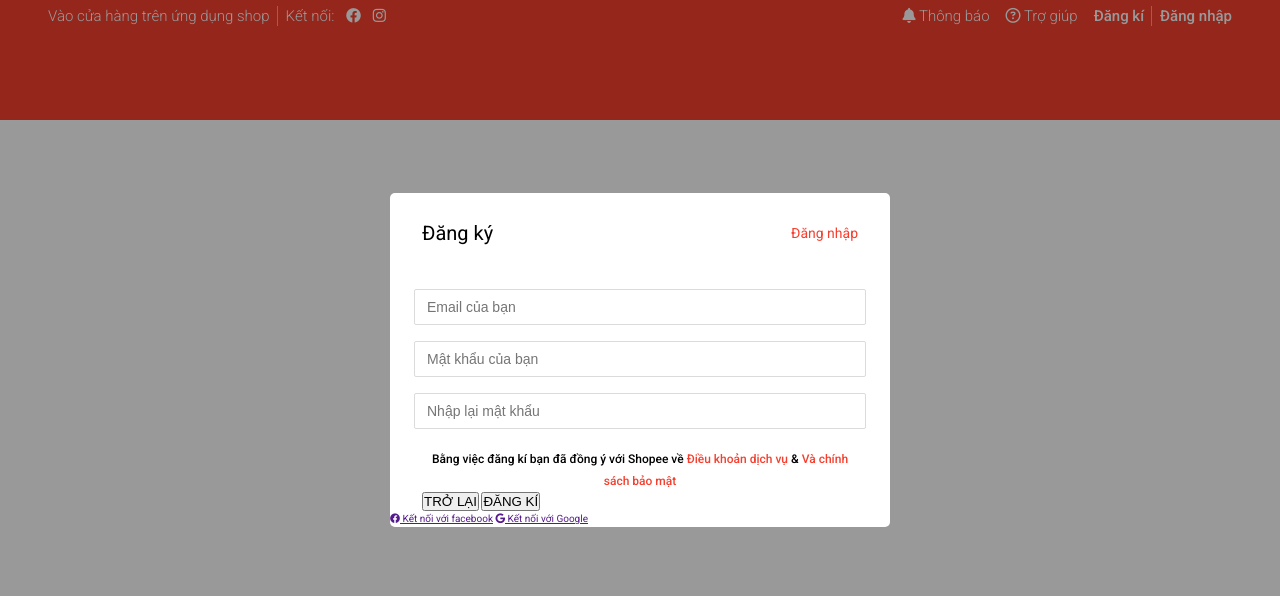
Repository: nguyenhoang2002062929/shoppee
Page: index.html
An editor plug-in stored every save of this project. The page is shown before and after the next save, followed by the edit.
The browser window is 1280 px wide. The pictures show the whole page.

Above is the page before, as saved 2023-06-20 10:56:02.

After the next save:
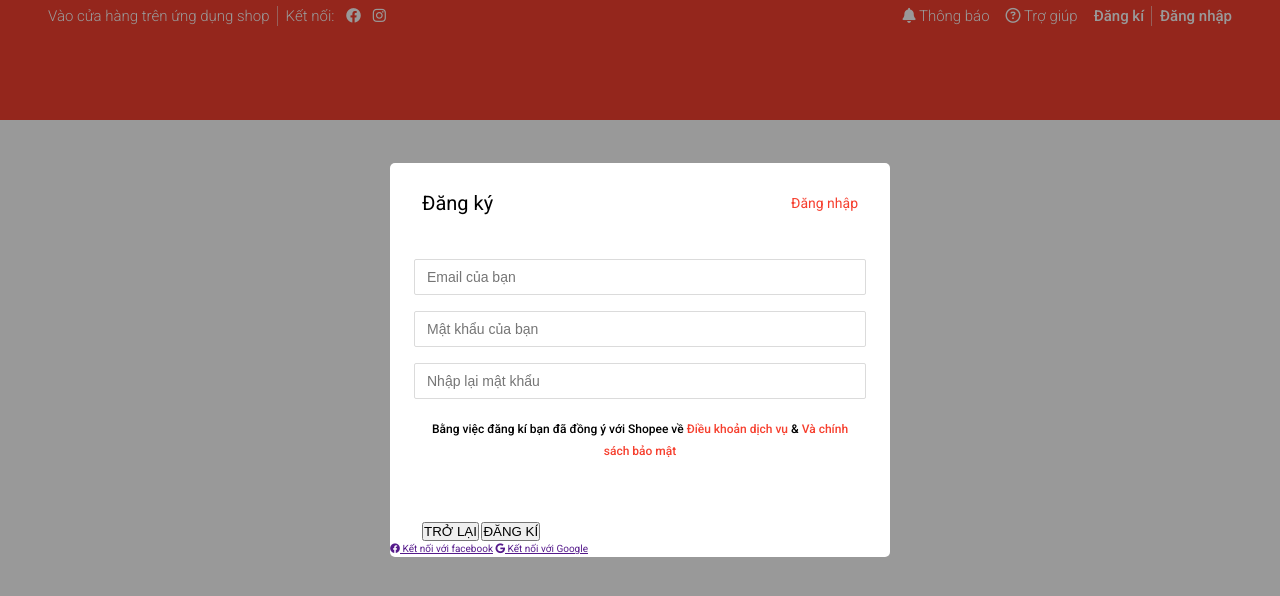
Saved 2 min 35 s later.
--- a/assets/css/main.css
+++ b/assets/css/main.css
@@ -252,3 +252,6 @@
     text-decoration: none;
     color: var(--color-main);
 }
+.auth-form__controls{
+    margin-top: 60px;
+}
